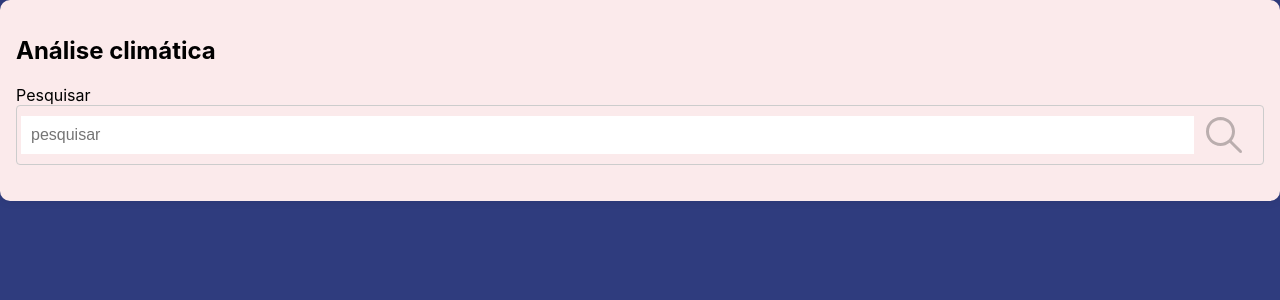
Repository: yurilemos/climate-check
Page: /
The author's editor kept a copy of each file at every save. The page is drawn from the files as they stood at one save, then again after the next save.
The browser window is 1280 px wide. The pictures show the whole page.
The project was rebuilt for these pictures with package versions that can differ from the ones it lists, and the page was loaded fresh each time. Also part of the build but not shown: src/pages/notFound/index.jsx.

Above is the page before, as saved 2023-05-19 17:36:46.

After the next save:
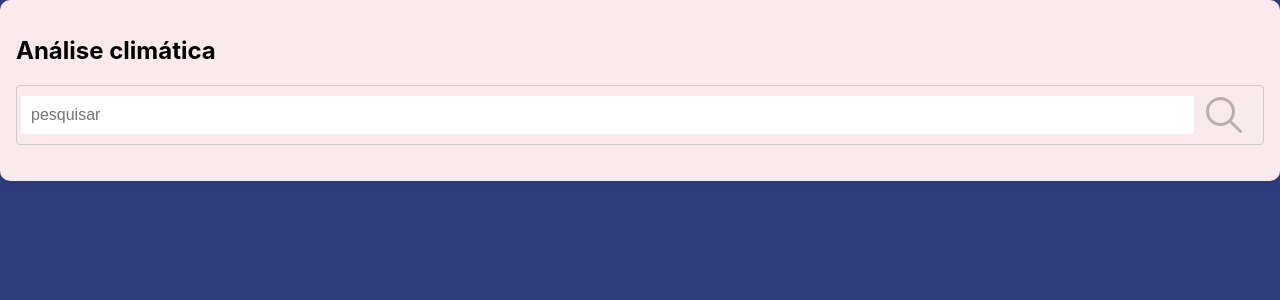
Saved 9 s later.
--- a/src/components/searchInput/index.jsx
+++ b/src/components/searchInput/index.jsx
@@ -17,7 +17,6 @@ const SearchInput = ({label, onSearch}) => {
 
   return (
    <CustomSearchContainer>
-    <Label htmlFor="custom-search">{label}</Label>
     <SearchContent>
       <Input
           id="custom-search"
